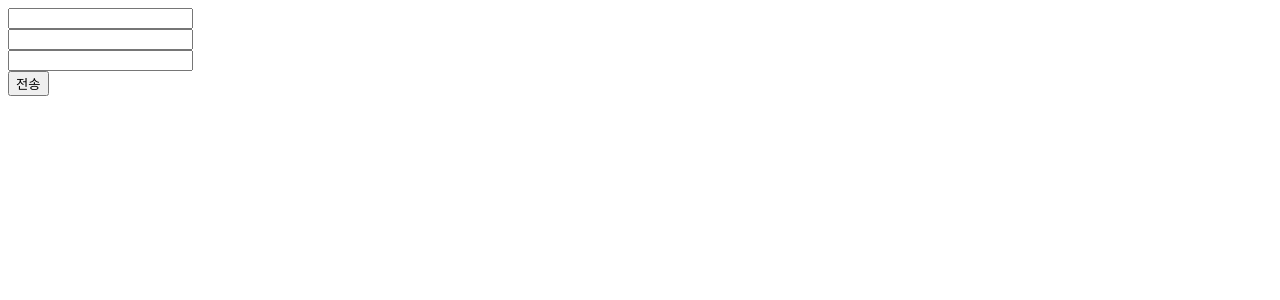
Repository: sangah-park98/jsp-class
Page: k20230503_1_html/src/main/webapp/26_form.html
These files come from the project's save history. The page is drawn as it stood at one moment and after the next save; the edit follows.
The browser window is 1280 px wide. The pictures show the whole page.

Above is the page before, as saved 2023-05-04 06:12:36.

### k20230503_1_html/src/main/webapp/26_form.html
<!DOCTYPE html>
<html>
<head>
<meta charset="UTF-8">
<title>form</title>
</head>
<body>

<!--
	<form> 태그는 입력된 정보를 제출(전송)하기 위한 대화형 컨트롤을 포함하는 문서 구역을 만든다.
	웹 서버에 정보를 제출하기 위한 양식의 범위를 지정한다.
	<form>이 다른 <form>을 자식 요소로 가질 수 없다. 즉, <form>에 다른 <form>이 포함되면 안된다.
	action 속성은 submit 버튼이 클릭되면 폼에 입력된 정보를 전송받아 처리할 페이지의 주소를 적는다.
	method 속성은 서버로 데이터를 전송하는 방식을 지정한다. get(기본값), post 방식이 있다.
	get 방식은 전송되는 데이터가 주소창에 표시되고 post 방식은 주소창에 표시되지 않는다.
	<form> 태그의 name 속성은 폼의 이름을 지정하고 컨트롤에 지정한 name 속성은 name 속성에 지정한 속성값에
	컨트롤의 데이터가 저장돼서 action 페이지로 전송된다.
-->

<form action="?" method="post" name="formName">
	<input type="text" name="name"><br>
	<input type="password" name="password"><br>
	<input type="email" name="email"><br>
	<input type="button" value="전송" name="submit">
</form>

</body>
</html>

After the next save:
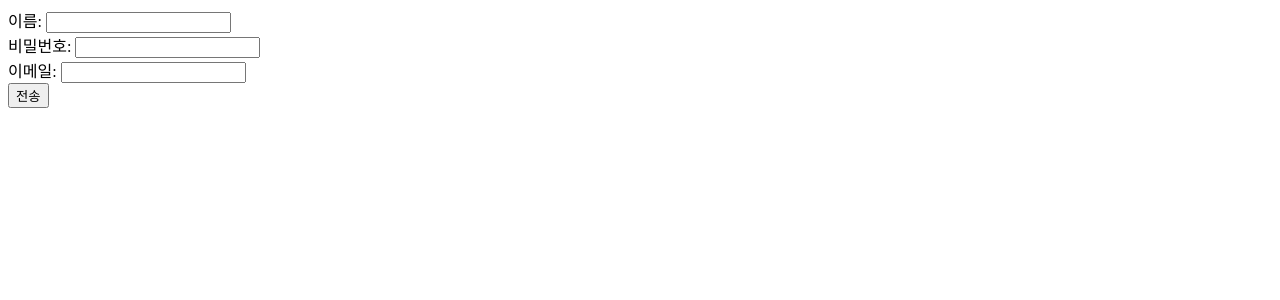
Saved 29 s later.
--- a/k20230503_1_html/src/main/webapp/26_form.html
+++ b/k20230503_1_html/src/main/webapp/26_form.html
@@ -18,9 +18,9 @@
 -->
 
 <form action="?" method="post" name="formName">
-	<input type="text" name="name"><br>
-	<input type="password" name="password"><br>
-	<input type="email" name="email"><br>
+	이름: <input type="text" name="name"><br>
+	비밀번호: <input type="password" name="password"><br>
+	이메일: <input type="email" name="email"><br>
 	<input type="button" value="전송" name="submit">
 </form>
 
